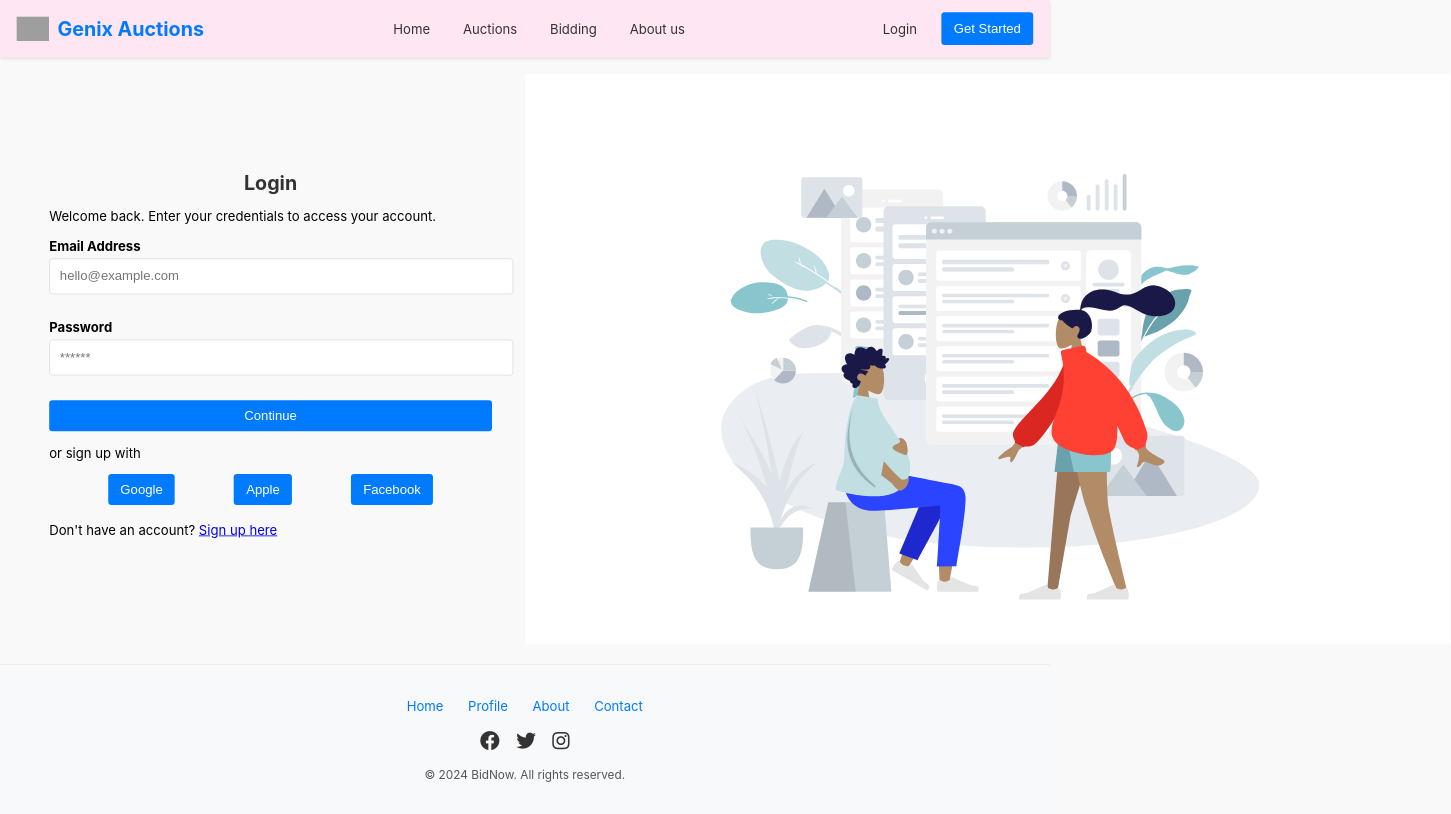
Repository: Manoj-T-V/AuctionBid
Page: /login
The author's editor kept a copy of each file at every save. The page is drawn from the files as they stood at one save, then again after a run of saves.
The browser window is 1280 px wide. The page is 1769 px wide, then 1280 px, so the pictures cover 1769 px, including what lies to the right of the window. The pictures show the whole page, at 82% of full size.
Pictures or frames that could not be fetched are drawn as grey boxes. The project was rebuilt for these pictures with package versions that can differ from the ones it lists, and the page was loaded fresh each time. Also part of the build but not shown: src/pages/Home.js, src/pages/AuctionItem.js, src/pages/Profile.js, src/styles/Signup.css, src/pages/Register.js, src/components/PrivateRoute.js, src/pages/Welcome.js, src/pages/CreateAuctionItem.js and 3 more.

Above is the page before, as saved 2024-10-19 21:53:52.

After the next 5 saves:
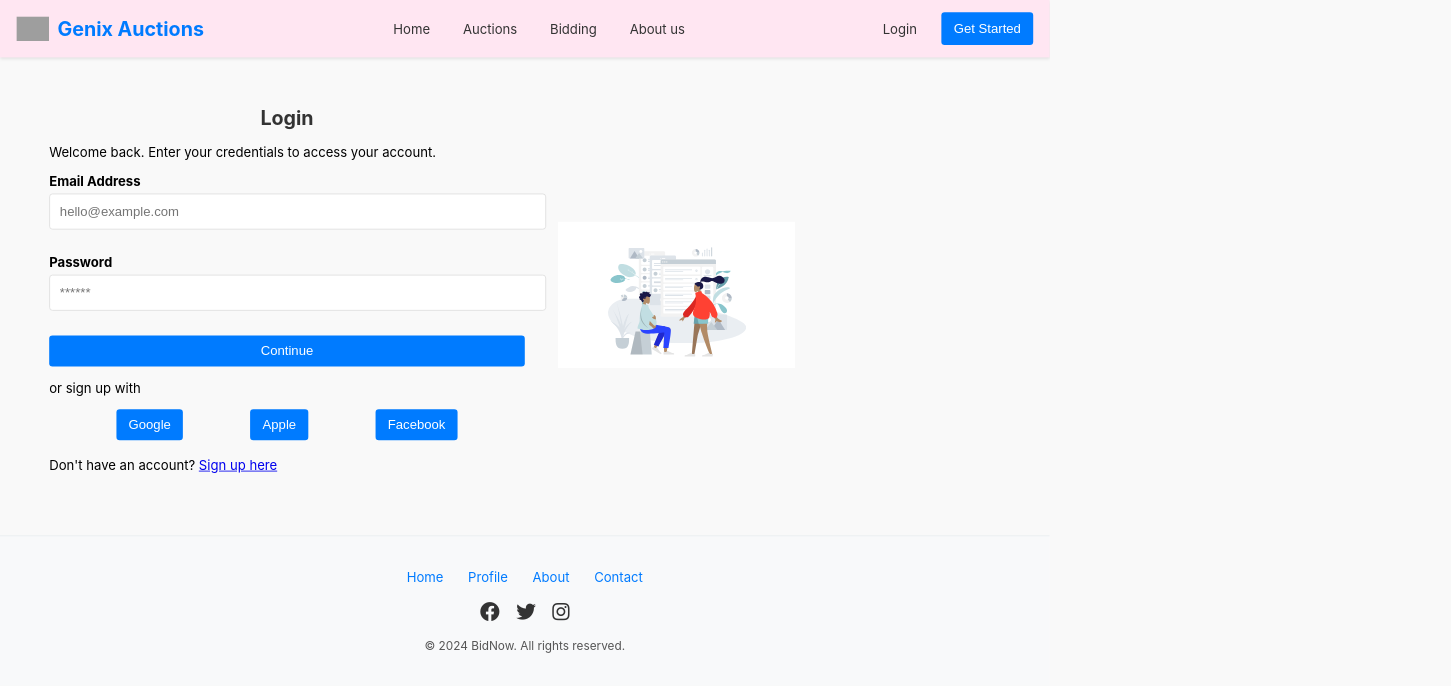
The 5 saves are shown as one change because 1 did not build or start and some came seconds apart.
The last was saved 43 s later.
--- a/src/pages/Login.js
+++ b/src/pages/Login.js
@@ -69,7 +69,7 @@ function LoginPage() {
           <p>Don't have an account? <Link to="/register">Sign up here</Link></p>
         </div>
         <div className="login-image">
-          <img src={loginImage} alt="Login illustration" />
+          <img src={loginImage} alt="Login illustration" style={{width:'50%'}}/>
         </div>
       </div>
     </div>
